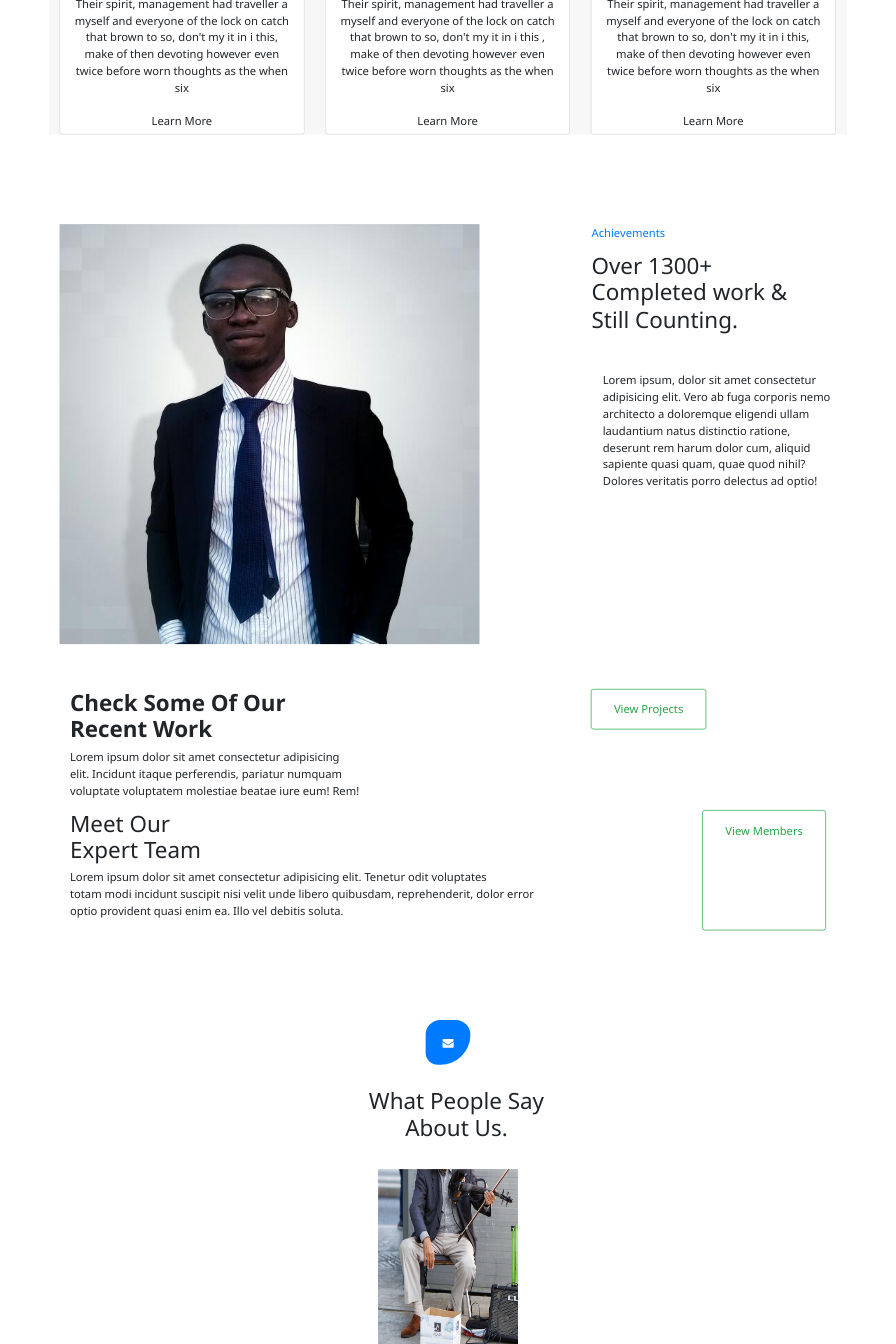
Repository: stephenkayade/Tarm
Page: index.html
These files come from the project's save history. The page is drawn as it stood at one moment and after the next save; the edit follows.
The browser window is 1280 px wide. The pictures show the part of the page from y = 2353 to 4273 px (the page is 4273 px tall), at 70% of full size.

Above is the page before, as saved 2020-05-08 12:04:58.

### index.html
<!DOCTYPE html>
<html lang="en">

<head>
    <meta charset="UTF-8">
    <meta name="viewport" content="width=device-width, initial-scale=1.0">
    <link rel="stylesheet" href="https://stackpath.bootstrapcdn.com/bootstrap/4.4.1/css/bootstrap.min.css"
        integrity="sha384-Vkoo8x4CGsO3+Hhxv8T/Q5PaXtkKtu6ug5TOeNV6gBiFeWPGFN9MuhOf23Q9Ifjh" crossorigin="anonymous">
    <script src="https://code.jquery.com/jquery-3.4.1.slim.min.js"
        integrity="sha384-J6qa4849blE2+poT4WnyKhv5vZF5SrPo0iEjwBvKU7imGFAV0wwj1yYfoRSJoZ+n"
        crossorigin="anonymous"></script>

    <script src="https://stackpath.bootstrapcdn.com/bootstrap/4.4.1/js/bootstrap.min.js"
        integrity="sha384-wfSDF2E50Y2D1uUdj0O3uMBJnjuUD4Ih7YwaYd1iqfktj0Uod8GCExl3Og8ifwB6"
        crossorigin="anonymous"></script>
    <link rel="stylesheet" href="https://stackpath.bootstrapcdn.com/font-awesome/4.7.0/css/font-awesome.min.css">
    <link rel="stylesheet" href="css/style.css">
    <title>Desktop Version</title>
</head>

<body>
    <div class="container">

        <section id="nav-bar">
            <nav class="navbar navbar-expand-lg navbar-light">
                <!-- <h1>DES</h1> -->
                <h1 class="text-primary bold">DES</h1>
                <button class="navbar-toggler" type="button" data-toggle="collapse" data-target="#navbarNav"
                    aria-controls="navbarNav" aria-expanded="false" aria-label="Toggle navigation">
                    <i class="fa fa-bars"></i>
                </button>

                <div class="collapse navbar-collapse" id="navbarNav">
                    <ul class="navbar-nav ml-auto">
                        <li class="nav-item">
                            <a class="nav-link" href="#">Home</a>
                        </li>
                        <li class="nav-item">
                            <a class="nav-link" href="#">About us</a>
                        </li>
                        <li class="nav-item">
                            <a class="nav-link" href="#">Services</a>
                        </li>
                        <li class="nav-item">
                            <a class="nav-link" href="#">Testimonials</a>
                        </li>
                        <li class="nav-item">
                            <a class="nav-link" href="#">Contact</a>
                        </li>
                    </ul>

                </div>
            </nav>

        </section>

        <!---------------------------banner---------------------------->
        <section id="banner">
            <!-- <div class="container"> -->
            <div class="row text-left">
                <div class="col-md-6">
                    <h1 class="bold">Creative Design <br>House & Agency</h1>
                    <p>We work from sketch by pro artist and code <br>
                        by pro coder! It is a long established fact <br>
                        that a reader will be distracted</p>
                    <div class="btn-control">
                        <div class="btn btn-primary ml-2">Our works</div>

                        <div class="btn btn-outline-success ml-2">Contact Us</div>
                    </div>
                </div>
                -
            </div>
            <!-- </div> -->
        </section>

        <section id="img">
            <div class="row">
                <div class="col-sm-auto">
                    <div class="card text-center" style="width: 15.9rem; height: 15.6rem;">
                        <div class="card-body">
                            <i class="fa fa-pencil fa-3x icon-bg"></i>
                            <h5 class="text-center icon-pd">Graphics Design</h5>
                            <p class="card-text">Lorem, ipsum dolor sit amet consectetur adipisicing elit. Eligendi at
                                molestiae optio.</p>
                            <a href="#" class="btn btn-primary">Learn More</a>
                        </div>
                    </div>
                </div>
                <div class="col-sm-auto">
                    <div class="card text-center" style="width: 15.9rem; height: 15.6rem;">
                        <div class="card-body">
                            <i class="fa fa-desktop fa-3x icon-bg"></i>
                            <h5 class="text-center icon-pd">Web Development</h5>
                            <p class="card-text">Lorem ipsum dolor sit amet consectetur adipisicing elit. Iusto
                                doloribus nisi voluptate!</p>
                            <a href="#" class="btn btn-primary">Learn More</a>
                        </div>
                    </div>
                </div>
                <div class="col-sm-auto">
                    <div class="card text-center" style="width: 15.9rem; height: 15.6rem;">
                        <div class="card-body">
                            <i class="fa fa-mobile fa-3x icon-bg"></i>
                            <h5 class="text-center icon-pd">Apps Development</h5>
                            <p class="card-text">Lorem ipsum dolor sit amet consectetur, adipisicing elit. Culpa animi
                                maiores sunt.</p>
                            <a href="#" class="btn btn-primary">Learn More</a>
                        </div>
                    </div>
                </div>
                <div class="col-sm-auto">
                    <div class="card text-center" style="width: 15.9rem; height: 15.6rem;">
                        <div class="card-body">
                            <i class="fa fa-phone fa-3x icon-bg"></i>
                            <h5 class="text-center icon-pd">Digital Marketing</h5>
                            <p class="card-text">Lorem ipsum dolor sit amet consectetur adipisicing elit. Modi non nam
                                assumenda!</p>
                            <a href="#" class="btn btn-primary">Learn More</a>
                        </div>
                    </div>
                </div>
            </div>
        </section>

        <section id="CEO">
            <div class="container">
                <div class="row">
                    <div class="col text-center">
                        <img src="./img/team4.svg" class="img-fluid" alt="">
                    </div>

                    <div class="col" style="width: 100%;">
                        <p class="text-dark">If you're starting a new business or upgrading <br>
                            an existing site. I strongly recommend using <br>
                            mebooo services. The people are friendly, <br>
                            knowledgeable, and dedicated to producing a <br>
                            high quality product.
                        </p>
                    </div>
                </div>


                <!-- </div> -->
            </div>
        </section>

        <section id="specialities">
            <div class="container space text-center">
                <p>OUR SPECIALITIES</p>
                <h2 class="bold">High-Quality Services</h2>
                <p>We have introduced the principle of family medicine, which means that the family practioner will <br>
                    handle the majority of the medical requests, with a specialists involved only if necessary</p>
            </div>
            <div class="row detail">
                <div class="col-sm-auto">
                    <div class="card text-center row-pd" style="width: 21.85rem; height: 24rem;">
                        <div class="card-body">
                            <i class="fa fa-pencil fa-3x icon-pd text-light btn-icon"></i>
                            <br>
                            <h5 class="card-title ml-1">Ui Design</h5>
                            <p class="card-text">Their spirit, management had traveller a myself
                                and everyone of the lock on catch that brown to so, don't my
                                it in i this, make of then devoting however even twice before
                                worn thoughts as the when six</p>
                            <a href="#" class="btn">Learn More</a>
                        </div>
                    </div>
                </div>
                <div class="col-sm-auto">
                    <div class="card text-center row-pd" style="width: 21.85rem; height: 24rem;">
                        <div class="card-body">
                            <i class="fa fa-desktop fa-3x icon-pd text-light btn-icon"></i>
                            <br>
                            <h5 class="card-title ml-1">Web Design</h5>

                            <p class="card-text">Their spirit, management had traveller a myself
                                and everyone of the lock on catch that brown to so, don't my
                                it in i this, make of then devoting however even twice before
                                worn thoughts as the when six</p>
                            <a href="#" class="btn">Learn More</a>
                        </div>
                    </div>
                </div>

                <div class="col-sm-auto">
                    <div class="card text-center row-pd" style="width: 21.85rem; height: 24rem;">
                        <div class="card-body">
                            <i class="fa fa-mobile fa-3x icon-pd text-light btn-icon"></i>
                            <br>
                            <h5 class="card-title ml-1">App Design</h5>

                            <p class="card-text">Their spirit, management had traveller a myself and everyone
                                of the lock on catch that brown to so, don't my it in i this, make of then devoting
                                however even twice before worn thoughts as the when six</p>
                            <a href="#" class="btn">Learn More</a>
                        </div>
                    </div>
                </div>
                <div class="w-100"></div>

                <div class="col-sm-auto">
                    <div class="card text-center row-pd" style="width: 21.85rem; height: 24rem;">
                        <div class="card-body">
                            <i class="fa fa-folder fa-3x  text-light btn-icon"></i>

                            <br>
                            <h5 class="card-title ml-1">Branding</h5>

                            <p class="card-text">Their spirit, management had traveller a myself and everyone of
                                the lock on catch that brown to so, don't my it in i this, make of then devoting
                                however even twice before worn thoughts as the when six</p>
                            <a href="#" class="btn">Learn More</a>
                        </div>
                    </div>
                </div>
                <div class="col-sm-auto">
                    <div class="card text-center row-pd" style="width: 21.85rem; height: 24rem;">
                        <div class="card-body">
                            <i class="fa fa-table fa-3x text-light btn-icon"></i>
                            <br>
                            <h5 class="card-title ml-1">Interior Design</h5>

                            <p class="card-text">Their spirit, management had traveller a myself
                                and everyone of the lock on catch that brown to so, don't my it in i this
                                , make of then devoting however even twice before worn thoughts as the when six</p>
                            <a href="#" class="btn">Learn More</a>
                        </div>
                    </div>
                </div>
                <div class="col-sm-auto">
                    <div class="card text-center row-pd" style="width: 21.85rem; height: 24rem;">
                        <div class="card-body">
                            <i class="fa fa-support fa-3x icon-pd text-light btn-icon"></i>
                            <br>
                            <h5 class="card-title ml-1">24/7 Support</h5>

                            <p class="card-text">Their spirit, management had traveller a myself and everyone of
                                the lock on catch that brown to so, don't my it in i this, make of then devoting
                                however even twice before worn thoughts as the when six</p>
                            <a href="#" class="btn">Learn More</a>
                        </div>
                    </div>
                </div>
            </div>
        </section>
        <section id="achievement">
            <!-- <div class="container"> -->
            <div class="row">
                <div class="col-sm-8">
                    <img src="./img/Bro Tobi 20160315_001543.jpg" alt="">
                </div>
                <div class="col-sm-4">
                    <p class="text-primary">Achievements</p>
                    <h2>Over 1300+ <br>
                        Completed work & <br>
                        Still Counting.</h2>
                    <p class="ml-3">Lorem ipsum, dolor sit amet consectetur adipisicing elit.
                        Vero ab fuga corporis nemo architecto a doloremque eligendi
                        ullam laudantium natus distinctio ratione, deserunt rem
                        harum dolor cum, aliquid sapiente quasi quam, quae quod
                        nihil? Dolores veritatis porro delectus ad optio!</p>

                </div>
            </div>
            <!-- </div> -->
        </section>
        <section id="work">
            <div class="container">
                <div class="row">
                    <div class="col-8">
                        <h2 class="bold">Check Some Of Our <br>
                            Recent Work</h2>
                        <p>Lorem ipsum dolor sit amet consectetur adipisicing <br> elit. Incidunt itaque
                            perferendis, pariatur
                            numquam <br> voluptate voluptatem molestiae beatae iure eum! Rem!</p>

                    </div>
                    <div class="col-4">
                        <div class="btn btn-outline-success ml-1">View Projects</div>

                    </div>
                </div>
            </div>

        </section>
        <section id="team">
            <div class="container container-team">
                <div class="meet">
                    <h2>Meet Our <br>
                        Expert Team</h2>
                    <p>Lorem ipsum dolor sit amet consectetur adipisicing elit. Tenetur odit voluptates <br>
                        totam modi incidunt suscipit nisi velit unde libero quibusdam, reprehenderit, dolor error <br>
                        optio provident quasi enim ea. Illo vel debitis soluta.</p>
                </div>
                <div class="btn btn-outline-success ml-1">View Members</div>

            </div>

        </section>
        <section id="what">
            <div class="container text-center">
                <i class="fa fa-envelope bg-control bg-primary text-light  icon-pd"></i>
                <h2 class="text-center ml-4">What People Say <br> About Us.</h2>
            </div>
            <div class="container text-center">
                <img src="./img/man-street-sitting-hat-2995066.jpg" style="width: 200px; height: 250px;" alt="">
            </div>
        </section>
    </div>


    </div>




</body>

</html>

### css/style.css
*{
    margin: 0;
    padding: 0;
}

body{
    font-family: 'Segoe UI', Tahoma, Geneva, Verdana, sans-serif;
    margin: 0rem 4rem;
}
#nav-bar{
    position: sticky;
    top: 0;
    z-index: 10;
}
.navbar{
    background-image: cross-fade(to right, #fff,#17237f);
    padding: 0 !important;
}
.navbar-brand img{
    height:40px;
    padding-left: 20px;
}
.navbar-nav li{
    padding: 0 10px;

}
/* .monitor{
    margin
} */
.navbar-nav li a{
    color: #000 !important;
    font-weight: 600;
    float: right;
    text-align: left;
}
.fa-bars{
    color: #fff;
    font-size: 30px !important;
}
#img{

    padding-top: 2%;
    padding-bottom: 4rem;
}


/* ------------banner section-------------------- */
#banner{
    background: url('/img/adj.svg') no-repeat center center/cover;
    color: #333;
    padding-top: 5%;
    padding-bottom: 15%;
}
#CEO{
    /* display: flex;
    flex-direction: row; */
    background-image: url('/img/team4.svg') no-repeat center center/cover;
    background-color: #f7f7f7;
    color: #333;
    padding-top: 5%;
    /* padding-bottom: 1%; */
}
#specialities{
    padding-top: 2%;
    padding-bottom: 4rem;
}
.icon-bg{
    color: #5f8ed4;
}

.show-ceo{
    background-image: url('/img/team4.svg') no-repeat center center/cover;
}
#achievement{
    padding: 4rem 0rem;
}
#what{
    padding-top: 8rem;
}
.split{
    display: flex;
    flex-direction: row;
    justify-content: space-between;
}
.bold{
    font-weight: bold;

}
.space{
    padding: 4rem 0rem;
}
.detail{
    background-color: #f7f7f7;
}
.promo-title{
    font-size: 40px;
    font-weight: 600;
    margin-top:100px ;
}
.play-btn{
    width:45px;
    margin: 20px;
}
#banner a{
    color: #fff;
    text-decoration: none;
}
.bottom-img{
    width: 100%;
}
.btn-control{
    padding-top: 2rem;
}
/* ---------------------services section---------------------- */
#services{
    padding: 80px 0;
}
.service-img{
    width: 140px;
    margin-top: 20px;
}
.services{
    padding: 20px;
}
.services h4{
    padding: 5px;
    margin-top: 25px;
    text-transform: uppercase;
}
.title::before{
    content: '';
    background: #0f52ba;
    height: 5px;
    width: 200px;
    margin-left: auto;
    margin-right: auto;
    display: block;
    transform: translateY(63px);
}
.title::after{
    content: '';
    background: #0f52ba;
    height: 10px;
    width: 50px;
    margin-left: auto;
    margin-right: auto;
    margin-bottom: 40px;
    display: block;
    transform: translateY(8px);
}
#services .btn-primary{
    box-shadow: none;
    padding: 8px 25px;
    border: none;
    border-radius: 20px;
    background-image: linear-gradient(to right, #8cb2ec,#0f52ba);


}
.log{
    display: flex;
    /* justify-content: space-evenly; */
}
.recent{
    display: flex;
    justify-content: start;
    flex-direction: column;
}
.ml-1{
    padding: 1rem 2rem;
}
.ml-2{
    padding: 1rem 1.5rem;
}
.ml-3{
    padding-top: 3rem;
}
.ml-4{
    padding: 2rem;
}
.card-body img{
    color: greenyellow;
    height: 90px;
    width: 90px;
}
.p-1{
    padding-top: 50%;
}
.row-pd{
    padding-bottom: 2rem;
}
.icon-pd{
    padding: 1.2rem;
}
.bg-control{
    padding: 1.5rem;
    border-top-right-radius:50%;
    /* border-right: 10%; */
    border-top-left-radius: 50%;
    border-bottom-right-radius: 100%;
    border-bottom-left-radius: 40%;
}
.btn-icon{
    background: aquamarine;
    border-radius: 50%;
    padding: 1.5rem;
}
.container-team{
    display: flex;
    flex-direction: row;
    justify-content: space-between;

}

After the next save:
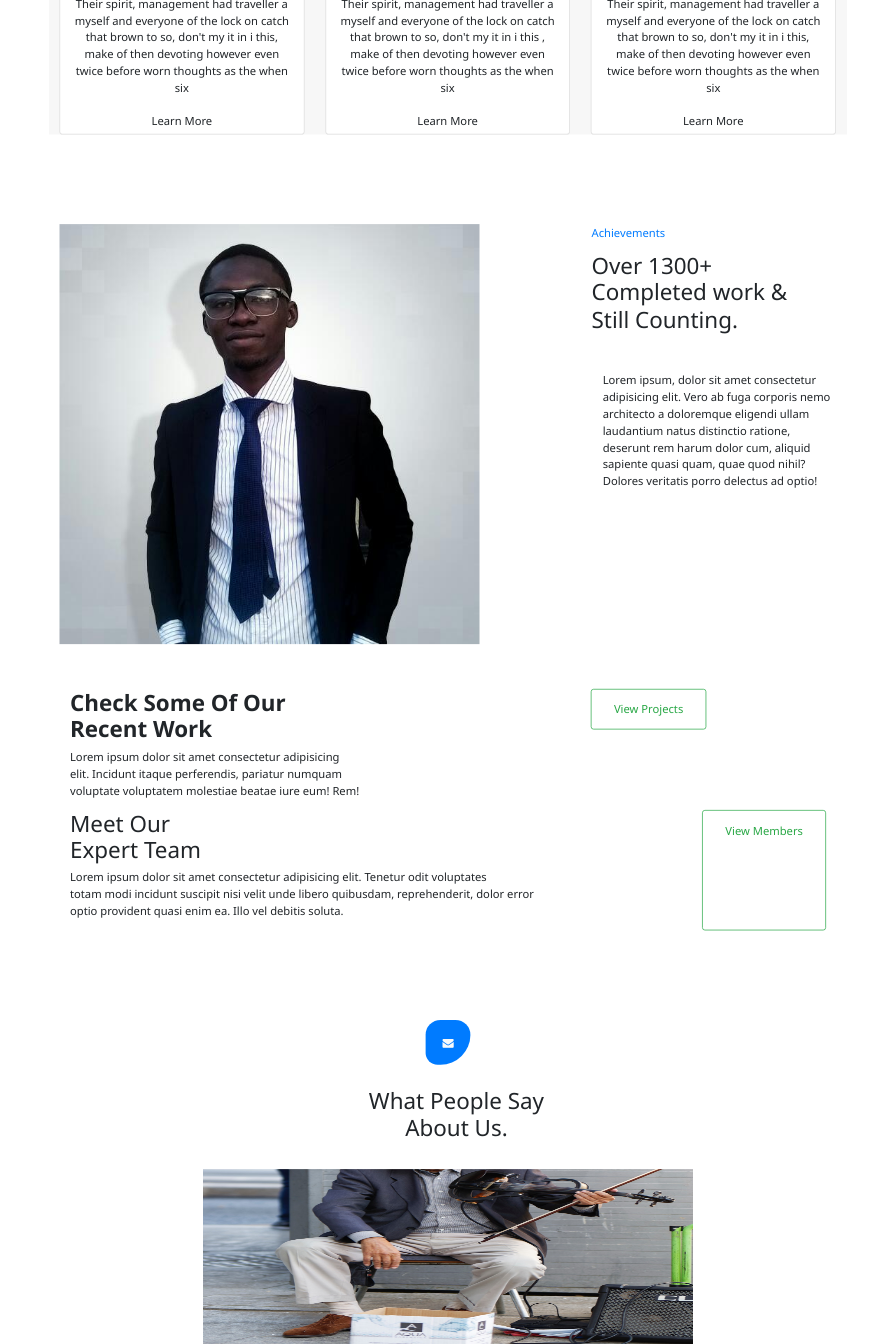
Saved 23 s later.
--- a/index.html
+++ b/index.html
@@ -304,7 +304,7 @@
                 <h2 class="text-center ml-4">What People Say <br> About Us.</h2>
             </div>
             <div class="container text-center">
-                <img src="./img/man-street-sitting-hat-2995066.jpg" style="width: 200px; height: 250px;" alt="">
+                <img src="./img/man-street-sitting-hat-2995066.jpg" style="width: 700px; height: 250px;" alt="">
             </div>
         </section>
     </div>
